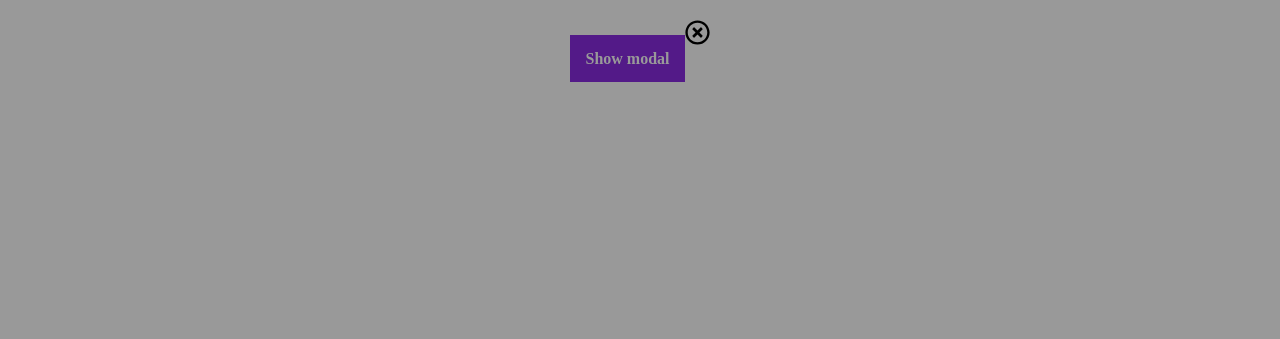
Repository: AnhTuan191298/sent-file-hoang
Page: js_modal/index.html
The author's editor kept a copy of each file at every save. The page is drawn from the files as they stood at one save, then again after the next save.
The browser window is 1280 px wide. The pictures show the whole page.

Above is the page before, as saved 2021-02-01 13:55:48.

After the next save:
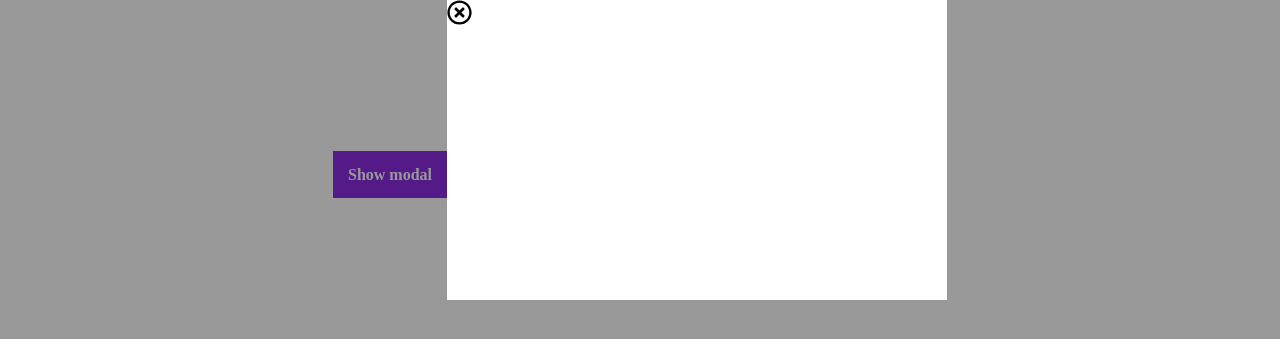
Saved 39 s later.
--- a/js_modal/index.html
+++ b/js_modal/index.html
@@ -39,6 +39,9 @@
         }
         .modal_show-contain {
             position: relative;
+            background-color: white;
+            width: 500px;
+            min-height: 300px;
         }
         .modal_show__close {
 

After the 2 saves that followed:
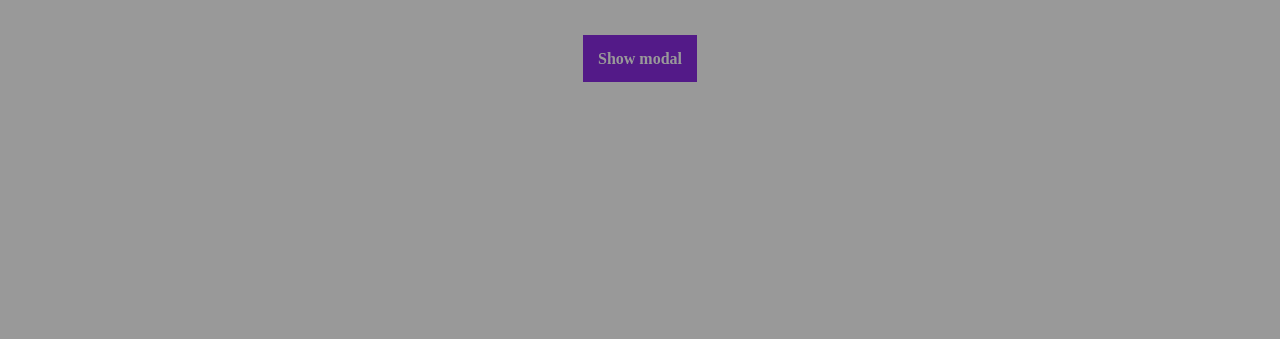
The 2 saves are shown as one change because 1 left the picture as it was.
The last was saved 42 s later.
--- a/js_modal/index.html
+++ b/js_modal/index.html
@@ -33,9 +33,10 @@
             background-color: rgba(0, 0, 0, 0.4);
         }
         .modal_show {
-            display: flex;
+            display: none;
             align-items: center;
             justify-content: center;
+            z-index: 999;
         }
         .modal_show-contain {
             position: relative;
